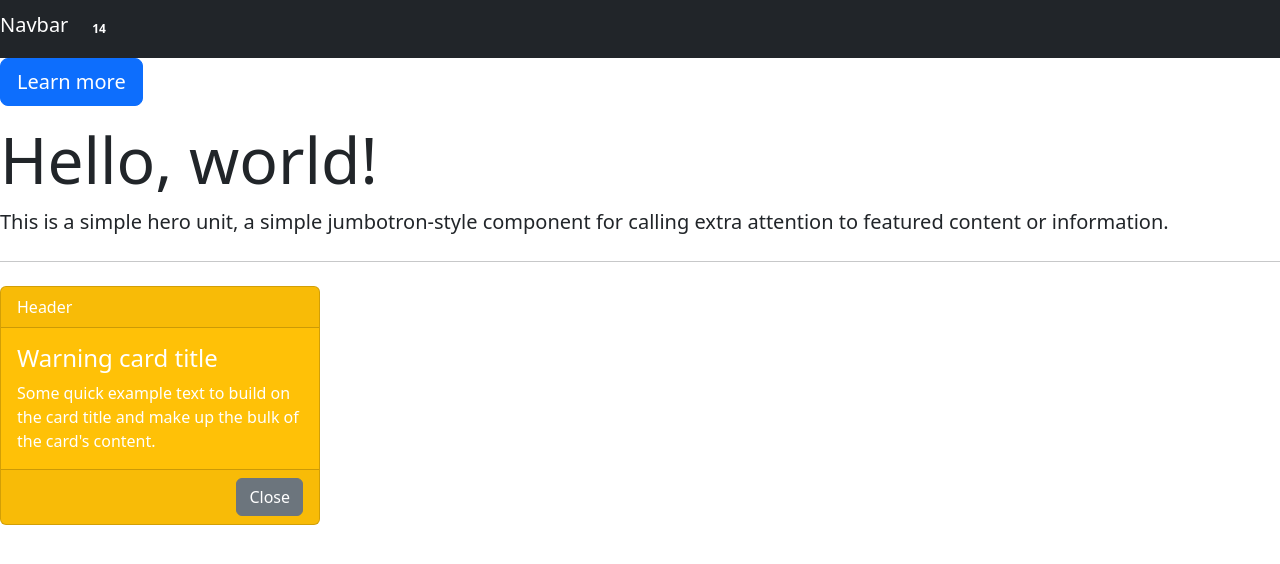
Repository: hasmelash/gitskill
Page: /
These files come from the project's save history. The page is drawn as it stood at one moment and after the next save; the edit follows.
The browser window is 1280 px wide. The pictures show the whole page.
The project was rebuilt for these pictures with package versions that can differ from the ones it lists, and the page was loaded fresh each time. Also part of the build but not shown: src/App.css.

Above is the page before, as saved 2019-08-29 23:32:49.

After the next save:
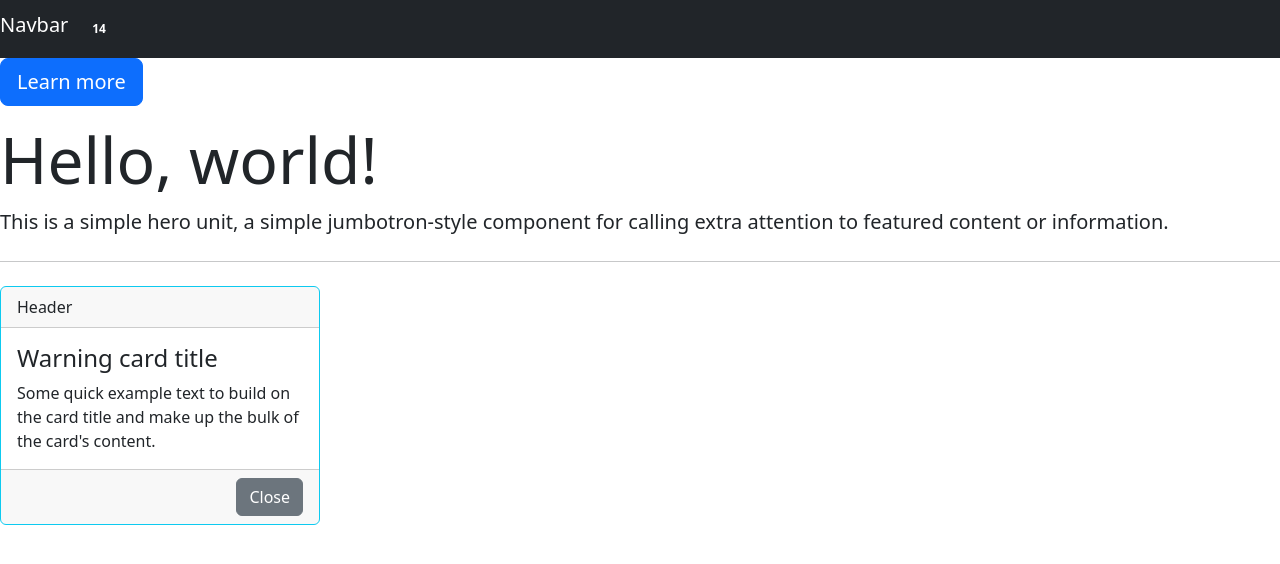
Saved 2 min 17 s later.
--- a/src/NoteComponent/NoteComponent.js
+++ b/src/NoteComponent/NoteComponent.js
@@ -5,7 +5,7 @@ import 'bootstrap/dist/js/bootstrap.bundle.min';
 class Note extends React.Component{
     render(){
         return (
-            <div class="card text-white bg-warning mb-3" style={{maxWidth: '20rem'}}>
+            <div class="card border-info mb-3" style={{maxWidth: '20rem'}}>
                 <div class="card-header">Header</div>
                     <div class="card-body">
                         <h4 class="card-title">Warning card title</h4>
